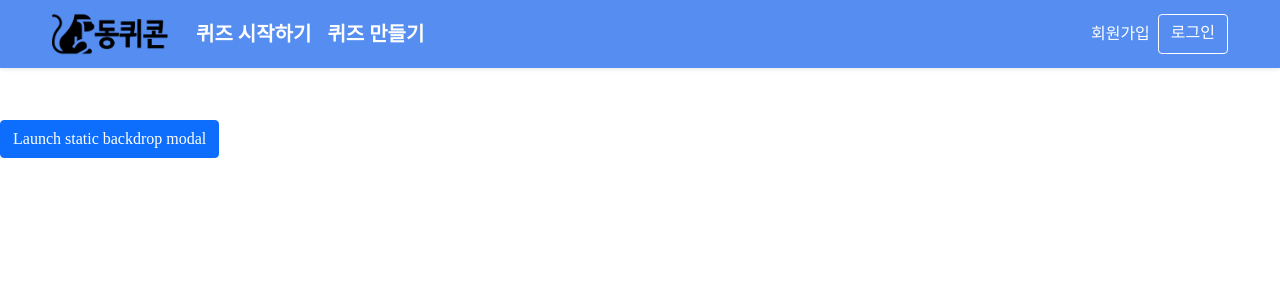
Repository: eogus0512/Quiz_WebProject
Page: http://localhost/Quiz_WebProject/test.jsp
The author's editor kept a copy of each file at every save. The page is drawn from the files as they stood at one save, then again after the next save.
The browser window is 1280 px wide. The pictures show the whole page.
Some web fonts or font styles are not loaded; a fallback is used. The page is served by Tomcat 9.

Above is the page before, as saved 2021-12-11 09:35:27.

After the next save:
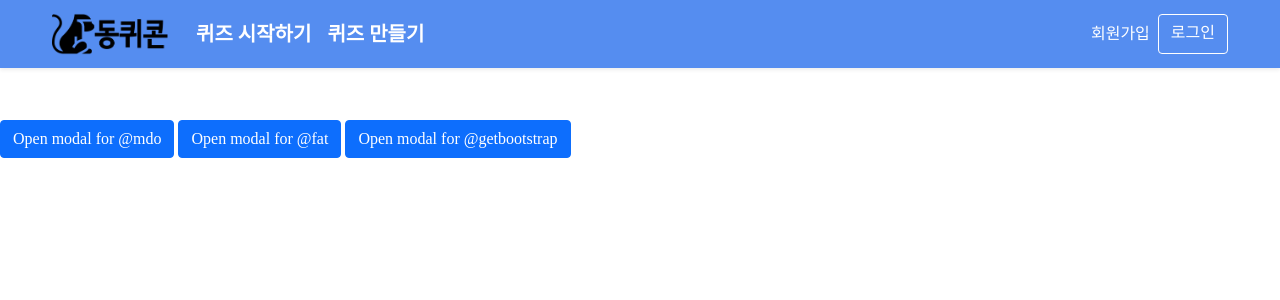
Saved 55 s later.
--- a/Quiz_WebProject/WebContent/test.jsp
+++ b/Quiz_WebProject/WebContent/test.jsp
@@ -63,24 +63,32 @@
     </div>
 </div>
 </nav><br><br><br><br><br>
-<button type="button" class="btn btn-primary" data-bs-toggle="modal" data-bs-target="#staticBackdrop">
-  Launch static backdrop modal
-</button>
+<button type="button" class="btn btn-primary" data-bs-toggle="modal" data-bs-target="#exampleModal" data-bs-whatever="@mdo">Open modal for @mdo</button>
+<button type="button" class="btn btn-primary" data-bs-toggle="modal" data-bs-target="#exampleModal" data-bs-whatever="@fat">Open modal for @fat</button>
+<button type="button" class="btn btn-primary" data-bs-toggle="modal" data-bs-target="#exampleModal" data-bs-whatever="@getbootstrap">Open modal for @getbootstrap</button>
 
-<!-- Modal -->
-<div class="modal fade" id="staticBackdrop" data-bs-backdrop="static" data-bs-keyboard="false" tabindex="-1" aria-labelledby="staticBackdropLabel" aria-hidden="true">
+<div class="modal fade" id="exampleModal" tabindex="-1" aria-labelledby="exampleModalLabel" aria-hidden="true">
   <div class="modal-dialog">
     <div class="modal-content">
       <div class="modal-header">
-        <h5 class="modal-title" id="staticBackdropLabel">Modal title</h5>
+        <h5 class="modal-title" id="exampleModalLabel">New message</h5>
         <button type="button" class="btn-close" data-bs-dismiss="modal" aria-label="Close"></button>
       </div>
       <div class="modal-body">
-        ...
+        <form>
+          <div class="mb-3">
+            <label for="recipient-name" class="col-form-label">Recipient:</label>
+            <input type="text" class="form-control" id="recipient-name">
+          </div>
+          <div class="mb-3">
+            <label for="message-text" class="col-form-label">Message:</label>
+            <textarea class="form-control" id="message-text"></textarea>
+          </div>
+        </form>
       </div>
       <div class="modal-footer">
         <button type="button" class="btn btn-secondary" data-bs-dismiss="modal">Close</button>
-        <button type="button" class="btn btn-primary">Understood</button>
+        <button type="button" class="btn btn-primary">Send message</button>
       </div>
     </div>
   </div>
